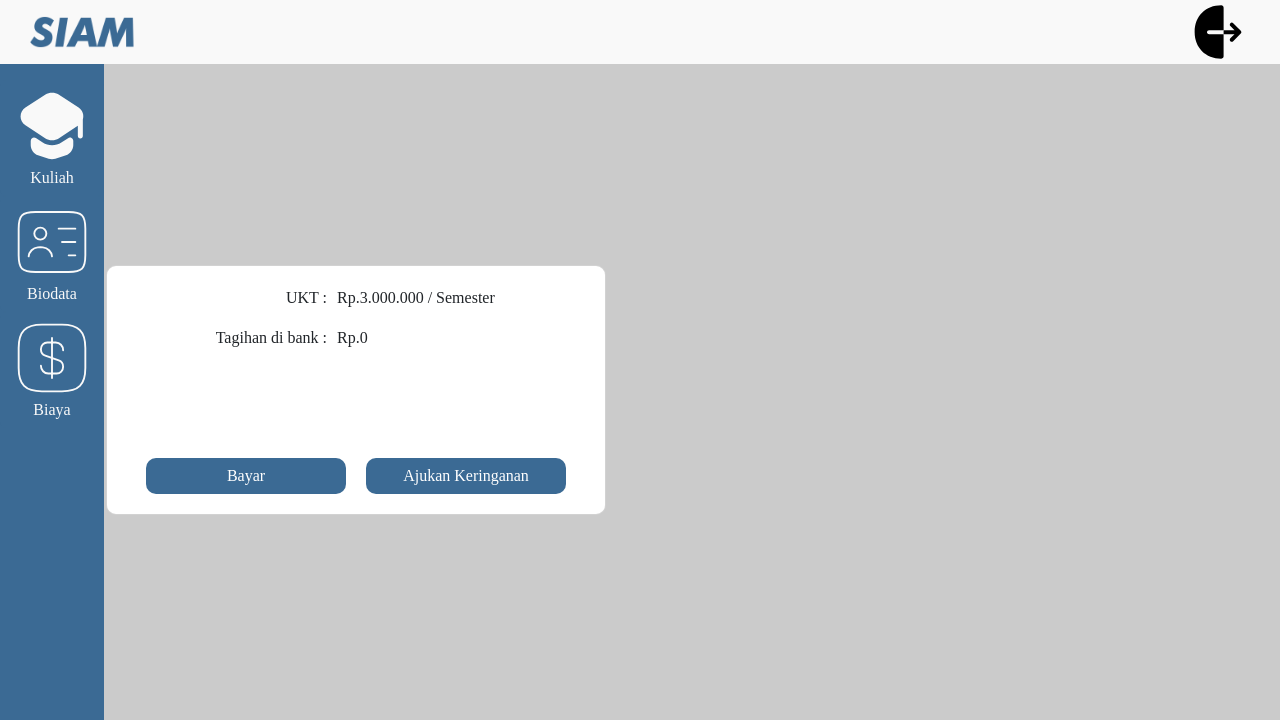
Repository: haikalirf/Project-IMK
Page: biaya.html
These files come from the project's save history. The page is drawn as it stood at one moment and after the next save; the edit follows.
The browser window is 1280 px wide. The pictures show the whole page.
Some web fonts or font styles are not loaded; a fallback is used.

Above is the page before, as saved 2022-12-16 18:51:55.
Not found: scripts/.js

After the next save:
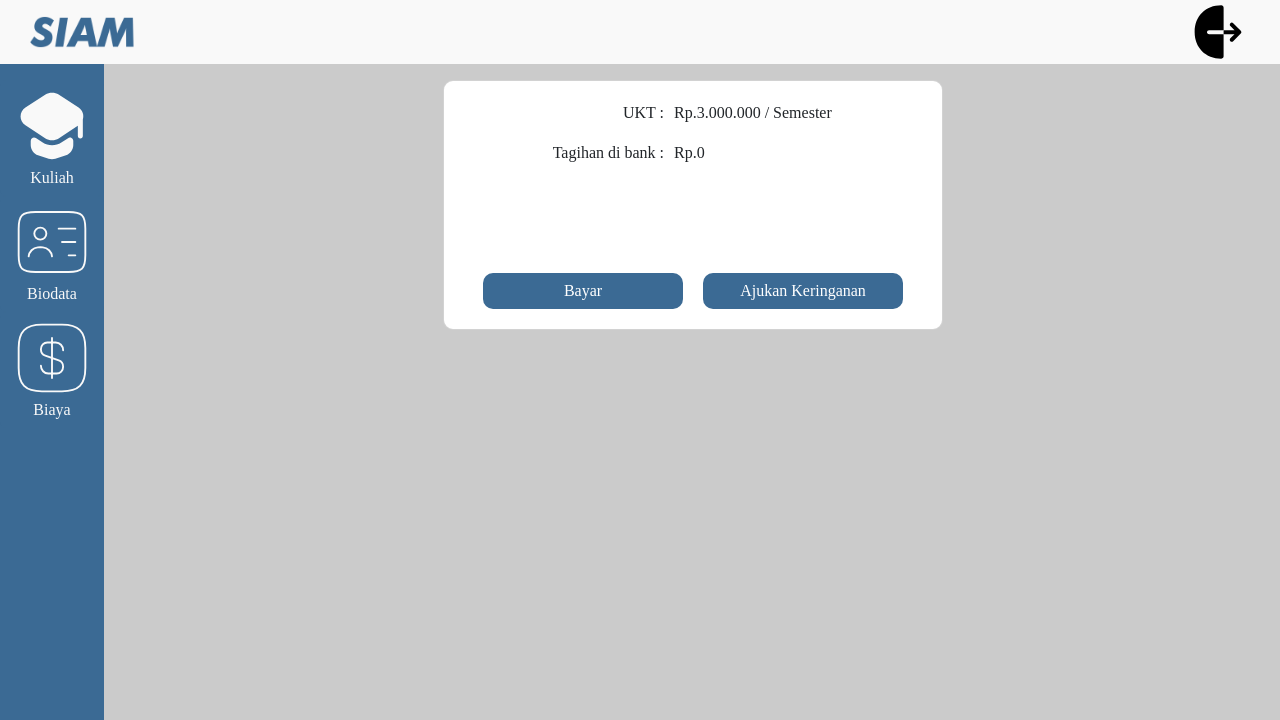
Saved 11 s later.
--- a/styles/biaya.css
+++ b/styles/biaya.css
@@ -67,12 +67,12 @@ body {
 }
 
 main {
-	padding-top: 60px;
+	padding-top: 80px;
 	padding-left: 106px;
 	display: flex;
 	flex-direction: column;
-	justify-content: center;
-	align-items: flex-start;
+	justify-content: start;
+	align-items: center;
 	height: 100vh;
 	gap: 20px;
 }
